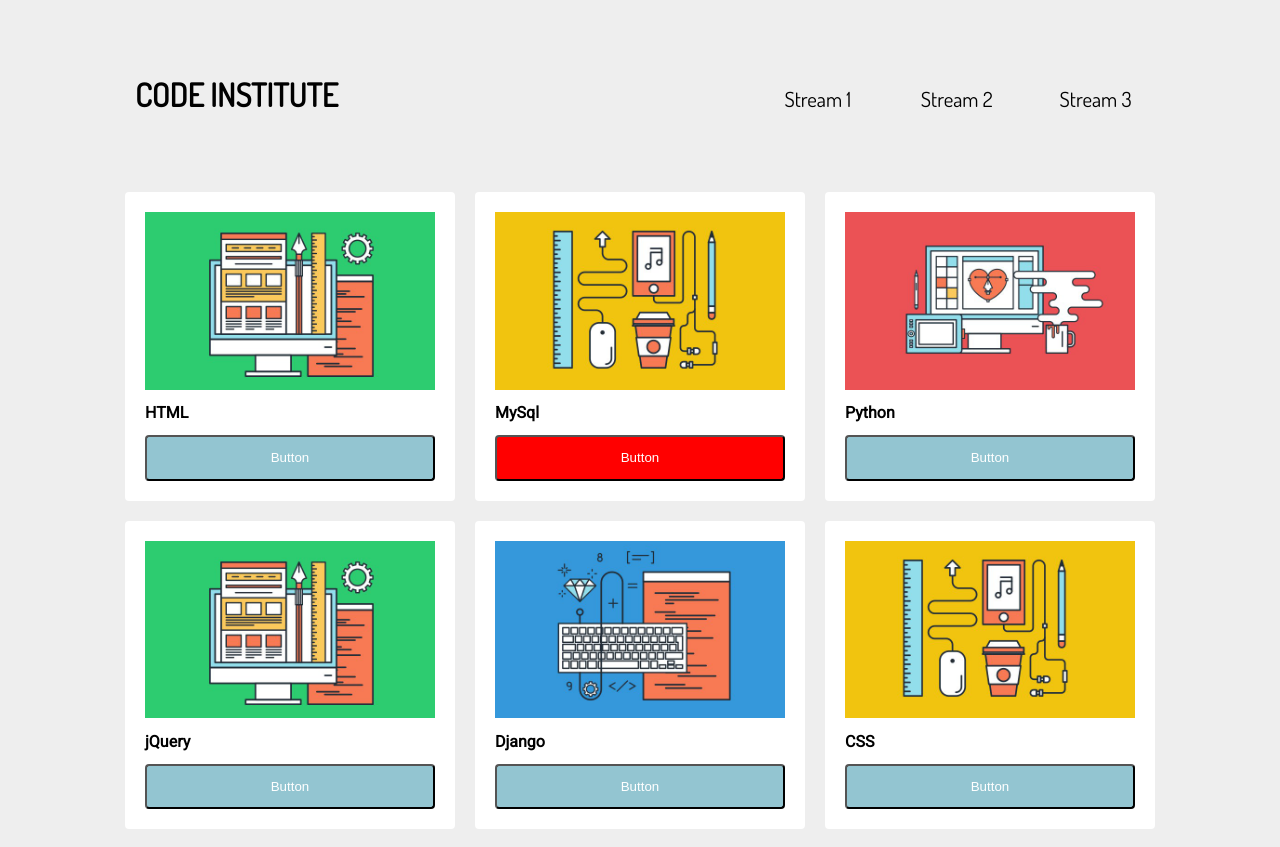
Repository: hidayatmansuri/jQueryEvents
Page: Cards-jquery.html
The author's editor kept a record of every edit. The page is drawn from the files as they stood at one moment, then again after the next edit.
The browser window is 1280 px wide. The pictures show the whole page.
Some web libraries are served in a nearby version.

Above is the page before.

After the next edit:
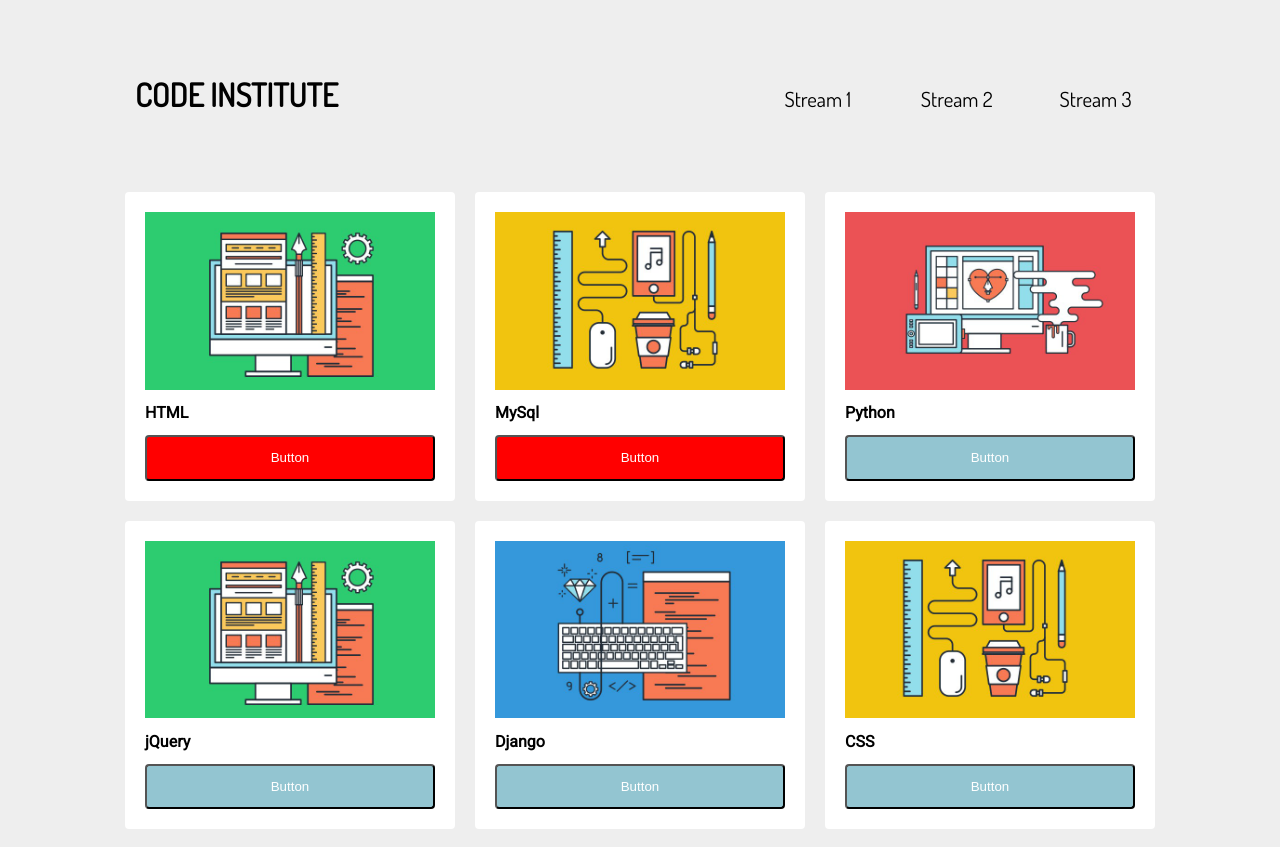
The edit:
--- a/Cards-jquery.html
+++ b/Cards-jquery.html
@@ -24,7 +24,7 @@
 				<h2 id="hr_html"class="card_head" >HTML</h2>
 				<p class="card_para">Once you join a Code Institute Bootcamp you will be taken on an accelerated contextualised learning path across 3 streams. Nothing is learned in isolation.We contextualise the content so that the knowledge and skills gained in each learning unit feeds into, and is expanded upon, within the next unit.The outputs of each stream will be a project.
 				</p>
-				<button id="btn" class="bottom_button">Button</button>
+				<button id="btn" class="bottom_button makeRed">Button</button>
 			</div>
 		</div>
 		<div class="card stream3">
